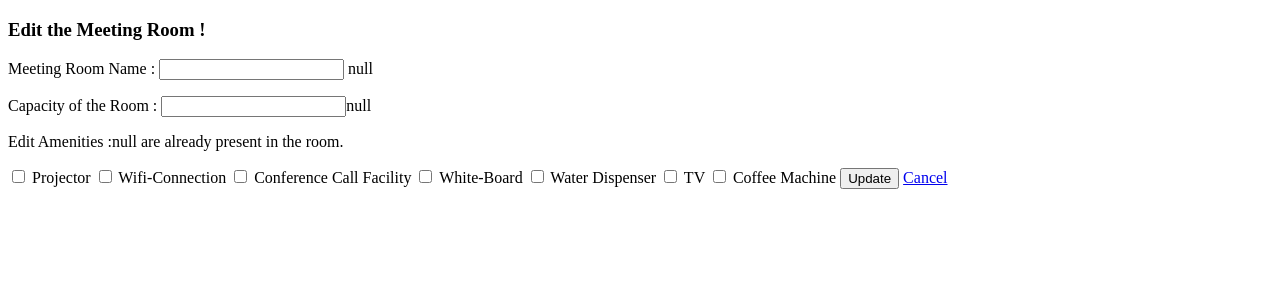
Repository: pavleen14/techyons-code-fury
Page: http://localhost/meetingroommanagement/editRoom.jsp
The author's editor kept a copy of each file at every save. The page is drawn from the files as they stood at one save, then again after the next save.
The browser window is 1280 px wide. The pictures show the whole page.
The page is served by Tomcat 9.

Above is the page before, as saved 2021-09-25 09:59:29.

After the next save:
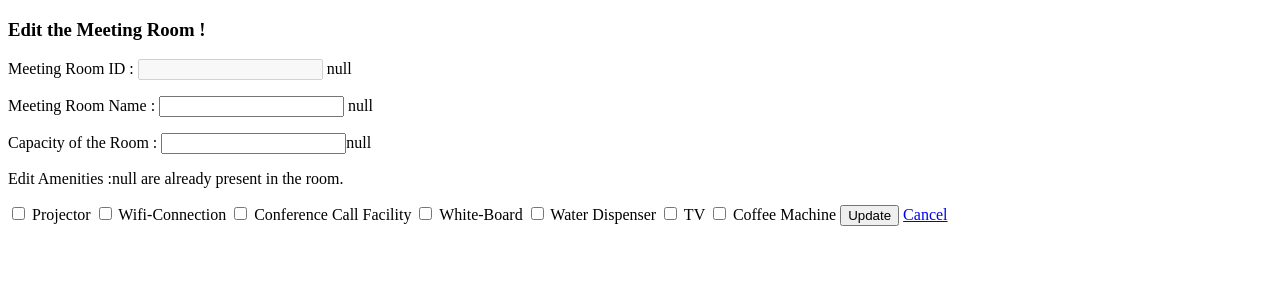
Saved 60 s later.
--- a/application/meetingroommanagement/src/main/webapp/editRoom.jsp
+++ b/application/meetingroommanagement/src/main/webapp/editRoom.jsp
@@ -7,6 +7,8 @@
 <body>
 <h3>Edit the Meeting Room !</h3>
 <form action="meetingroom" method="POST">
+   Meeting Room ID :
+   <input type="text" name="mid" disabled> <%= request.getParameter("mid")%><p>
    Meeting Room Name :
    <input type="text" name="mname"> <%= request.getParameter("mname")%><p>
    Capacity of the Room :
